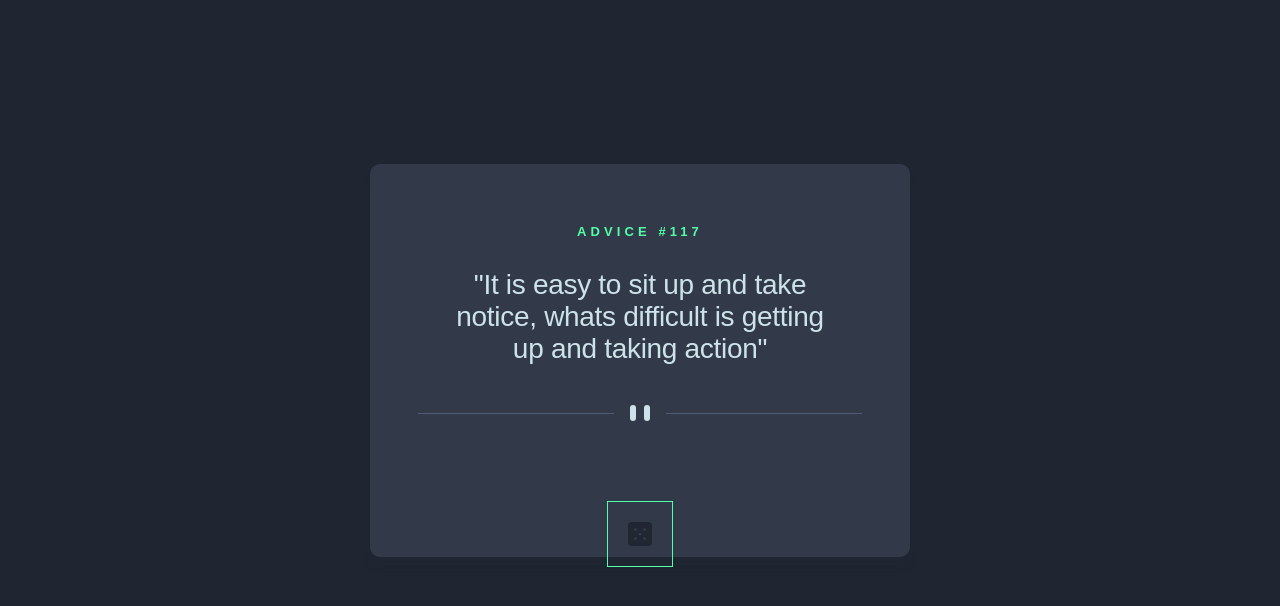
Repository: Arkitecth/advice-generator
Page: index.html
These files come from the project's save history. The page is drawn as it stood at one moment and after the next save; the edit follows.
The browser window is 1280 px wide. The pictures show the whole page.

Above is the page before, as saved 2023-07-12 17:52:59.

After the next save:
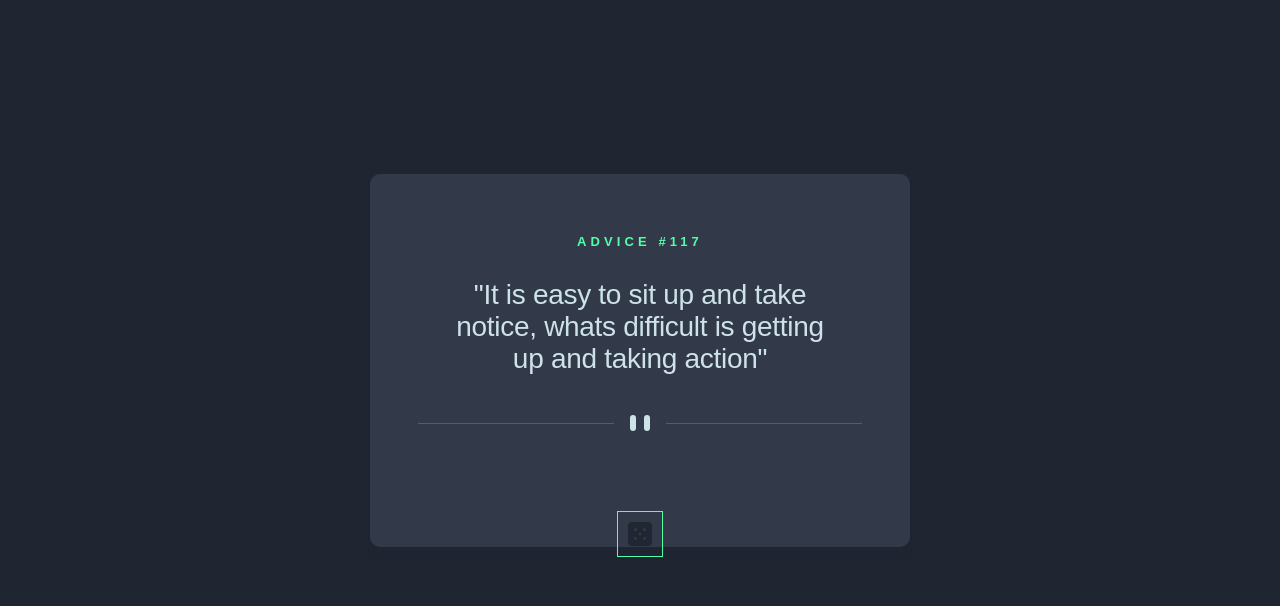
Saved 7 s later.
--- a/style.css
+++ b/style.css
@@ -60,5 +60,5 @@
 .dice-icon {
     transform: translateY(60px);
     border: 1px solid var(--neon-green);
-    padding: 20px;
+    padding: 10px;
 }
